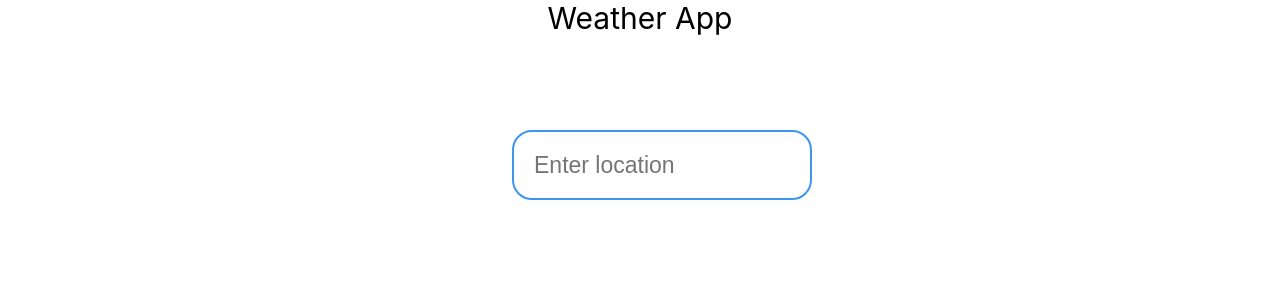
Repository: RenataDzotova/WeatherForecast
Page: /
The author's editor kept a copy of each file at every save. The page is drawn from the files as they stood at one save, then again after the next save.
The browser window is 1280 px wide. The pictures show the whole page.
The project was rebuilt for these pictures with package versions that can differ from the ones it lists, and the page was loaded fresh each time. The framework's server and built-in components were replaced by stand-ins that run in the browser. Also part of the build but not shown: next.config.js, styles/Home.module.css.

Above is the page before, as saved 2023-01-19 14:09:01.

### pages/index.js
import Head from 'next/head'
import Image from 'next/image'
import styles from '../styles/Home.module.css'
import axios from 'axios'
import { useState } from 'react'
import { FlexBox, Wrapper, Text, ImgPlaceholder } from '../styles/global'

export default function Home() {
  const [data, setData] = useState({});
  const [location, setLocation] = useState('');
  const [weather, setWeather] = useState();
  const [errorMessage, setErrorMessage] = useState('')

  const searchLocation = (event) => {
    if (event.key === "Enter"){
      axios.get(url)
      .then((response) => {
        console.clear()
        setData(response.data)
        console.log(response.data)
        setWeather(response.data.weather)
        setErrorMessage("")
      }) .catch(err => {
        console.log(err)
        setErrorMessage("Please enter another location")
        setData({})
        setWeather()
      })
      setLocation('')
    }
  }

  var apiKey = "f1c3aba9f416efdb16702d2866709e98";
  var lang = "en";
  var units = "metric";
  const url = `https://api.openweathermap.org/data/2.5/weather?q=${location}&units=${units}&appid=${apiKey}&lang=${lang}`

  return (
    <div>
      <Head>
        <title>Create Next App</title>
        <meta name="description" content="Generated by create next app" />
        <link rel="icon" href="/favicon.ico" />
        <link rel="preconnect" href="https://fonts.gstatic.com" crossorigin />
        <link
            href="https://fonts.googleapis.com/css2?family=Plus+Jakarta+Sans:ital,wght@0,200;0,300;0,400;0,500;0,600;0,700;0,800;1,200;1,300;1,400;1,500;1,600;1,700;1,800&display=swap"
            rel="stylesheet"
            />
        {/* <link rel="preconnect" href="https://fonts.googleapis.com">
        <link rel="preconnect" href="https://fonts.gstatic.com" crossorigin />
        <link href="https://fonts.googleapis.com/css2?family=Alef:wght@700&family=Besley:wght@400;500;600;700&family=Signika+Negative:wght@300;400;500;600;700&display=swap" rel="stylesheet"></link> */}
      </Head>

      <main>
        {errorMessage}
        <FlexBox>
          <Text fontSize="30px">
          Weather App
          </Text>
        </FlexBox>

        <input className='inputStyle'
        value = {location}
        onChange={event=> setLocation(event.target.value)}
        placeholder="Enter location"
        onKeyDown={searchLocation}
        type="text"
        style={{position:"absolute", top:"130px", left:"40%"}}
        >
        </input>

        {
          weather && weather.map((w, index) =>{
            return(
              <Wrapper bgImage={ data.main.temp.toFixed() < 0 || w.main=="Snow" ? "/alora-griffiths-HlnFco4i624-unsplash.jpg" : w.main=="Rain" || w.main=="Thunderstorm" ? "/nick-nice-ve-R7PCjJDk-unsplash.jpg" : "/kenrick-mills-MF9Wy1NA55I-unsplash-2.jpg"} key={index}>

                  <FlexBox dir="column" width="100%" height="100%">
                    <FlexBox dir="column" margin="200px 0 0 0">
                      <Text color="white" fontSize="65px" fontWeight="bold">{data.name}</Text>
                        <FlexBox alignItems="flex-start">
                          <Text color="white" fontSize="90px" fontWeight="bold">{data.main.temp.toFixed()}°</Text>
                          <FlexBox margin="15px 0 12px 10px"><Text color="white" fontSize="30px">{w.main} </Text></FlexBox>
                        </FlexBox>
                    </FlexBox>

                    <FlexBox flexWrap="wrap" margin="100px 0 0 0" bgColor="rgba(227, 227, 227, 0.25)" border="rgba(227, 227, 227) solid 2px" minHeight="130px" width="60%" borderRadius="30px" justifyContent="space-around" padding="0 20px 0 20px">
                      <FlexBox dir="column">
                        <Text color="white" fontSize="65px" fontWeight="700">{data.main.feels_like.toFixed()}°C</Text>
                        <Text color="white">Feels like</Text>
                      </FlexBox>
                      <FlexBox dir="column">
                        <Text color="white" fontSize="65px" fontWeight="700">{data.main.humidity}%</Text>
                        <Text color="white">Humidity</Text>
                      </FlexBox>
                      <FlexBox dir="column">
                        <FlexBox>
                          <Text color="white" fontSize="65px" fontWeight="700">{data.main.pressure}</Text>
                          <Text fontSize="20px" margin="0 0 15px 0" color="white">hPa</Text>
                        </FlexBox>
                        <Text color="white">Pressure</Text>
                      </FlexBox>
                      { data.wind.gust &&
                      <FlexBox dir="column">
                        <FlexBox>
                          <Text color="white" fontSize="65px" fontWeight="700">{data.wind.gust}</Text>
                          <Text fontSize="20px" margin="0 0 15px 0" color="white">M/s</Text>
                        </FlexBox>
                        <Text color="white">Wind</Text>
                      </FlexBox>
                      }
                    </FlexBox>
                  </FlexBox>
              </Wrapper>
            )
          })
        }
      </main>

      {/* <footer className={styles.footer}>
        <a
          href="https://vercel.com?utm_source=create-next-app&utm_medium=default-template&utm_campaign=create-next-app"
          target="_blank"
          rel="noopener noreferrer"
        >
          Powered by{' '}
          <span className={styles.logo}>
            <Image src="/vercel.svg" alt="Vercel Logo" width={72} height={16} />
          </span>
        </a>
      </footer> */}
    </div>
  )
}

### styles/globals.css
html,
body {
  padding: 0;
  margin: 0;
  font-family: -apple-system, BlinkMacSystemFont, Segoe UI, Roboto, Oxygen,
    Ubuntu, Cantarell, Fira Sans, Droid Sans, Helvetica Neue, sans-serif;
}

a {
  color: inherit;
  text-decoration: none;
}

.inputStyle{
  border-radius: 20px;
  height: 70px;
  width: 300px;
  font-size: 23px;
  padding: 20px;
  background-color: transparent;
  color: rgb(14, 40, 66);
  border: 2px solid rgb(62, 150, 239);
}

* {
  box-sizing: border-box;
}

@media (prefers-color-scheme: dark) {
  html {
    color-scheme: dark;
  }
  body {
    color: white;
    background: black;
  }
}

### styles/global.js
import styled from 'styled-components';

export const Text = styled.p`
    font-size: ${props=>props.fontSize || "21px"};
    font-weight: ${props=>props.fontWeight || "normal"};
    color: ${props=>props.color};
    margin: ${props=>props.margin || "0px"};

`


export const FlexBox = styled.div`
    display:flex;
    justify-content:${props=>props.justifyContent || "center"};
    align-items:${props=>props.alignItems || "center"};
    flex-direction:${props=>props.dir || "row"};
    flex-wrap: ${props=>props.flexWrap};
    width: ${props=>props.width};
    height: ${props=>props.height};
    background-color: ${props=>props.bgColor};
    padding: ${props=>props.padding};
    margin: ${props=>props.margin || "0px"};
    min-height: ${props=>props.minHeight};
    max-height: ${props=>props.maxHeight};
    background-image: ${props=>props.linearGradient || "none"}, url(${props=>props.bgImage});
    background-position: ${props=>props.bgPosition || "center"};
    background-size: ${props=>props.bgSize || "cover"};
    background-repeat: ${props=>props.bgRepeat};
    border-radius:${props=>props.borderRadius};
    filter: ${props=>props.filter};
    border: ${props=>props.border};
    z-index:${props=>props.zIndex};
    position: ${props=>props.position};
    top: ${props=>props.top};
    left:${props=>props.left};
    bottom: ${props=>props.bottom};
    border-bottom-style: ${props=>props.borderBottom};
    box-shadow: ${props=>props.boxShadow};
    border-top: ${props=>props.topBorder};
    border-bottom: ${props=>props.bottomBorder};
    color: ${props=>props.color};
    font-weight: ${props=>props.fontWeight};
    cursor: ${props=>props.cursor};
    max-width: ${props=>props.maxWidth};
    min-width: ${props=>props.minWidth};
    overflow-y: ${props=>props.overflowY};
    overflow-anchor: ${props=>props.overflowA};
    overflow-x: ${props=>props.overflowX};
`

export const Wrapper = styled(FlexBox) `
    width: 100vw;
    min-width: ${props=>props.minWidth};
    height: ${props=>props.height || "100vh"};
    padding:${props=>props.padding};
    overflow-x: ${props=>props.overflowX};
    overflow-y: ${props=>props.overflowY};
    background-image: ${props=>props.linearGradient || "none"}, url(${props=>props.bgImage});
    background-position: ${props=>props.bgPosition || "center"};
    background-size: ${props=>props.bgSize || "cover"};
`


export const ImgPlaceholder = styled.div`
    width: ${props=>props.width || "134px"};
    height: ${props=>props.height || "154px"};
    border-radius: ${props=>props.borderRadius || "8px 0px 0px 8px"};
    background-image: url(${props=>props.bgImage});
    margin: ${props=>props.margin};
    position: ${props=>props.position};
    top: ${props=>props.top};
    background-position: center;
    background-size: cover;
`

Loaded but not shown: pages/_app.js (common file)

After the next save:
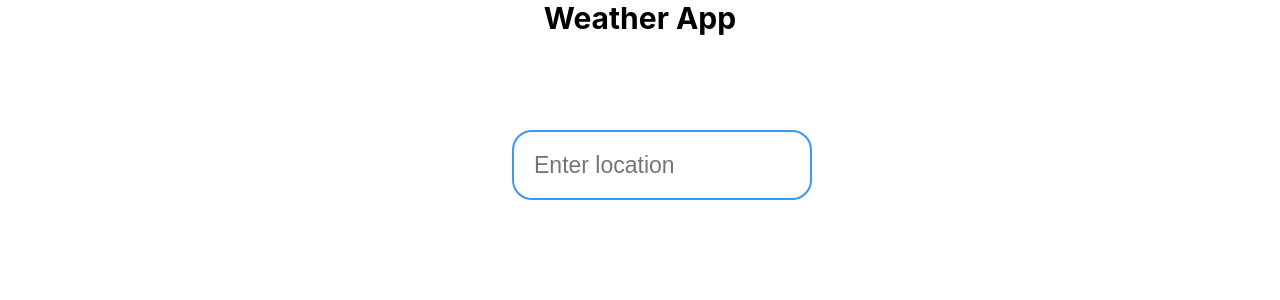
Saved 19 s later.
--- a/pages/index.js
+++ b/pages/index.js
@@ -54,7 +54,7 @@ export default function Home() {
       <main>
         {errorMessage}
         <FlexBox>
-          <Text fontSize="30px">
+          <Text fontSize="30px" fontWeight="bold">
           Weather App
           </Text>
         </FlexBox>
